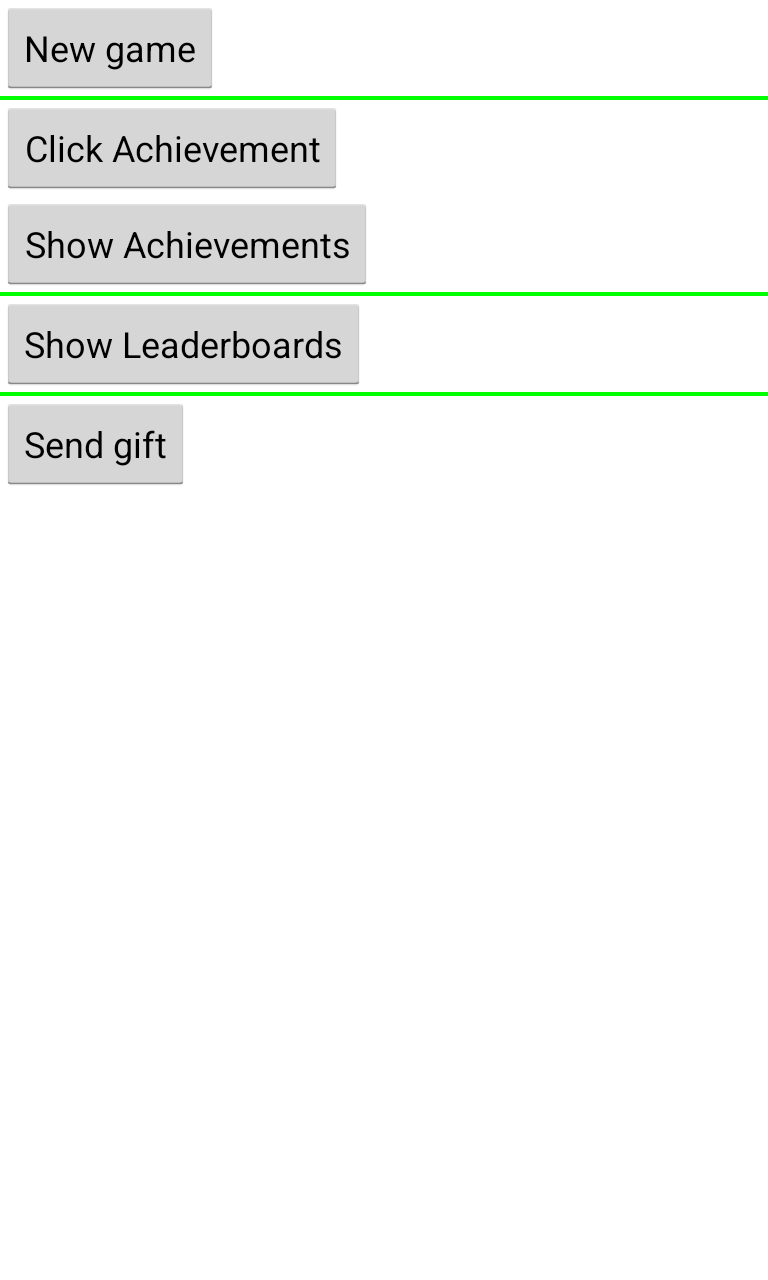
Repository: wassil/googleGamesTest
Layout: TicTacToe/res/layout/fragment_main_menu.xml
The author's editor kept a copy of each file at every save. The layout is drawn from the files as they stood at one save, then again after the next save.
It is drawn on a 768 x 1280 px phone screen (xhdpi) without system bars, with theme AppTheme; the app's code is not run.

Above is the layout before, as saved 2014-04-01 02:11:55.

After the next save:
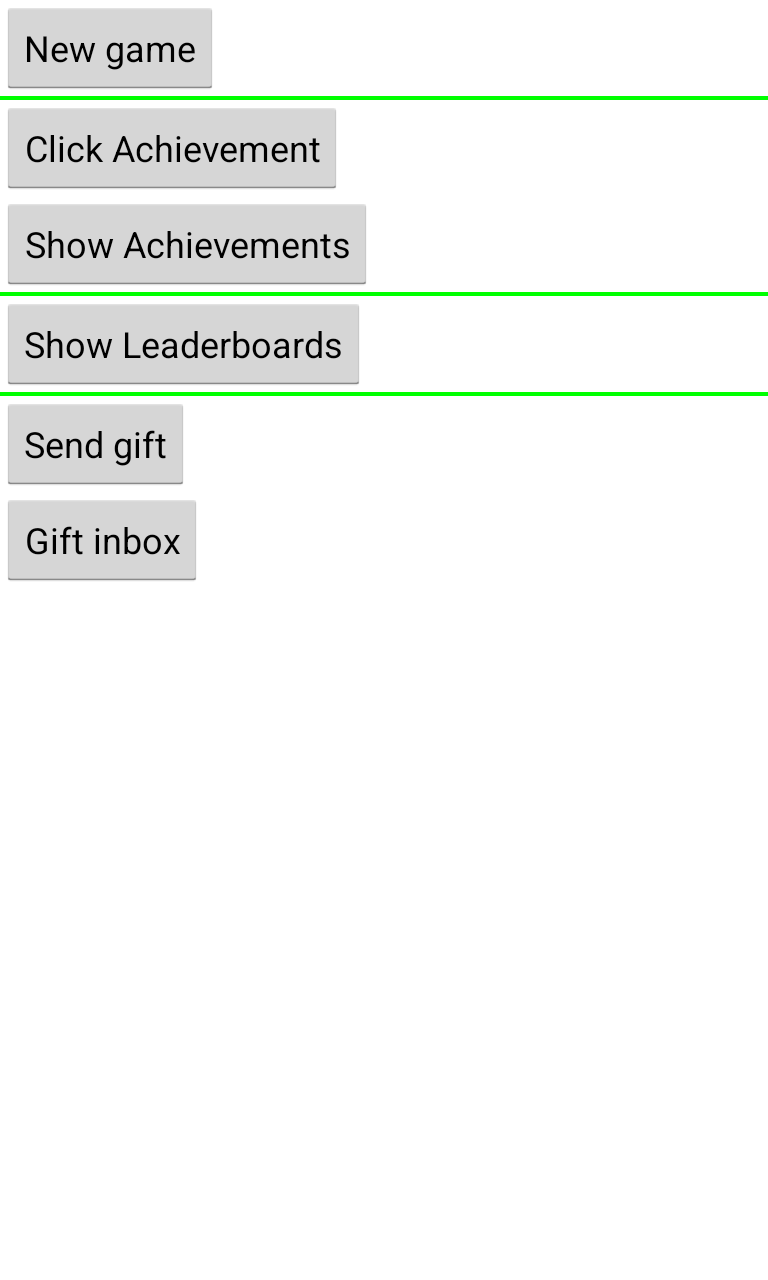
Saved 48 s later.
--- a/TicTacToe/res/layout/fragment_main_menu.xml
+++ b/TicTacToe/res/layout/fragment_main_menu.xml
@@ -48,4 +48,10 @@
         android:layout_height="wrap_content"
         android:text="Send gift" />
 
+	<Button
+        android:id="@+id/buttonGiftInbox"
+        android:layout_width="wrap_content"
+        android:layout_height="wrap_content"
+        android:text="Gift inbox" />
+
 </LinearLayout>
